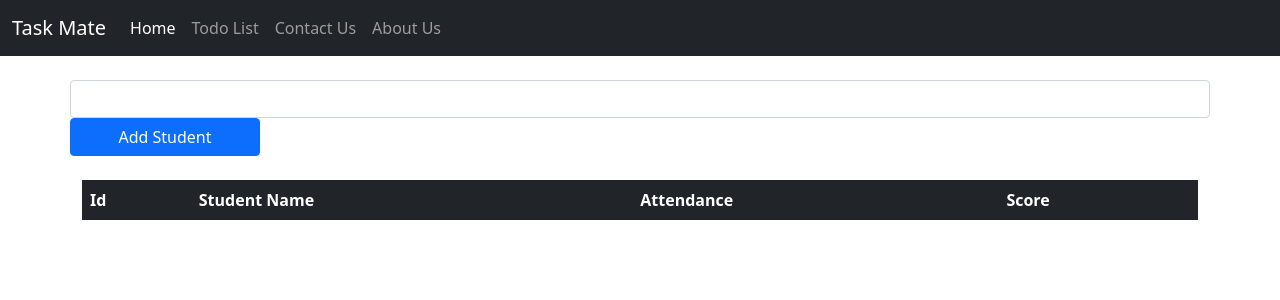
Repository: itathagata/Registration_System
Page: http://localhost/todolist/?pg=1
The author's editor kept a copy of each file at every save. The page is drawn from the files as they stood at one save, then again after the next save.
The browser window is 1280 px wide. The pictures show the whole page.
The page is served by the project's application, run on Django 2.2 (manage.py). Queries for data that is not in the repository find no rows.

Above is the page before, as saved 2021-06-03 17:29:40.

After the next save:
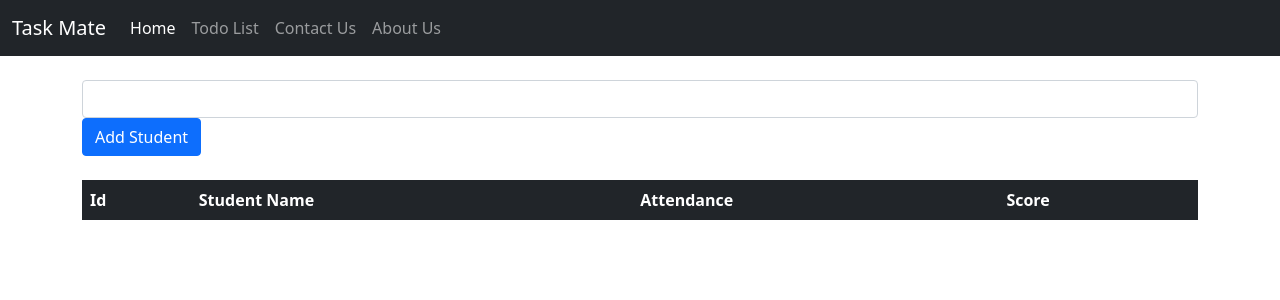
Saved 111 s later.
--- a/todolist_app/templates/todolist.html
+++ b/todolist_app/templates/todolist.html
@@ -15,10 +15,12 @@
       </div>
     {% endfor %}
   {% endif %}
-  <form method = "POST" class="row">
+  <form method = "POST">
     {% csrf_token %}
-  <input type="text" class = "form-control col-lg-2" name = "task">
-  <button type="submit" class="btn btn-primary col-lg-2">Add Student</button>
+    <div class = "form-group">
+      <input type="text" class = "form-control " name = "task">
+    </div>
+  <button type="submit" class="btn btn-primary">Add Student</button>
 </form>
 </br>
     <table class="table table-dark table-hover">
